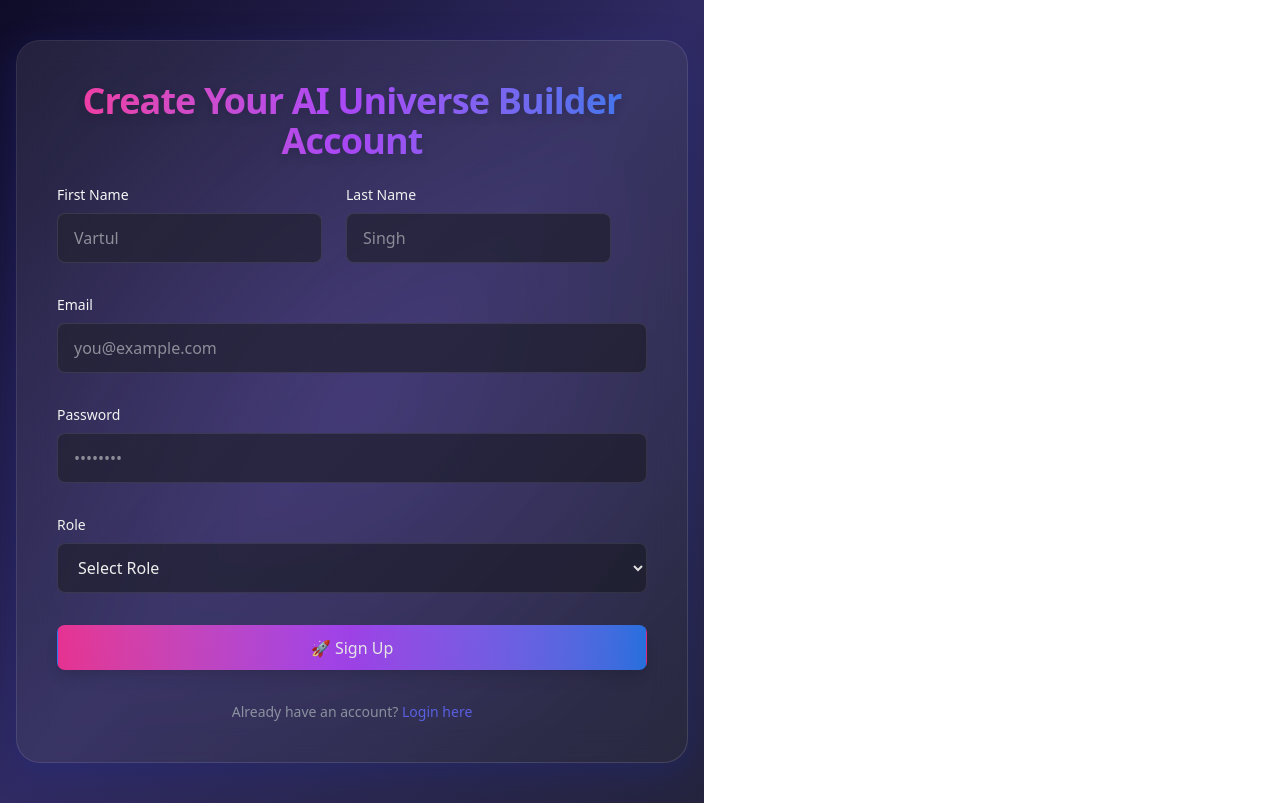
Repository: vartularora45/aiuniversebuilder
Page: /signup (app in frontend/)
An editor plug-in stored every save of this project. The page is shown before and after the next save, followed by the edit.
The browser window is 1280 px wide. The pictures show the whole page.
The project was rebuilt for these pictures with package versions that can differ from the ones it lists, and the page was loaded fresh each time. Also part of the build but not shown: frontend/vite.config.js, frontend/src/pages/LandingPage.jsx, frontend/src/pages/LoginPage.jsx.

Above is the page before, as saved 2025-08-02 21:20:15.

### frontend/index.html
<!doctype html>
<html lang="en">
  <head>
    <meta charset="UTF-8" />
    <link rel="icon" type="image/svg+xml" href="/vite.svg" />
    <meta name="viewport" content="width=device-width, initial-scale=1.0" />
    <title>Vite + React</title>
  </head>
  <body>
    <div id="root"></div>
    <script type="module" src="/src/main.jsx"></script>  <script src="https://cdn.jsdelivr.net/npm/@tailwindcss/browser@4"></script>

  </body>
</html>

### frontend/src/App.jsx
import React from 'react'
import { BrowserRouter, Routes, Route } from 'react-router-dom'
import LandingPage from './pages/LandingPage.jsx'
import LoginPage from './pages/LoginPage.jsx'
import SignupPage from './pages/SignupPage.jsx'
const App = () => {
  return (
    <BrowserRouter>
      <Routes>
        <Route path="/" element={<LandingPage />} />
        <Route path="/login" element={<LoginPage />} />
        <Route path="/signup" element={<SignupPage />} />
      </Routes>
    </BrowserRouter>
  )
}

export default App

### frontend/src/pages/SignupPage.jsx
import React from "react";
import { motion } from "framer-motion";

const container = {
  hidden: { opacity: 0, scale: 0.97 },
  visible: {
    opacity: 1,
    scale: 1,
    transition: { duration: 0.5, ease: "easeOut" }
  }
};

const inputFocus = {
  borderColor: "#8b5cf6",
  boxShadow: "0 0 8px 2px rgba(139, 92, 246, 0.6)",
  transition: { duration: 0.3 }
};

const SignUpPage = () => {
  return (
    <div className="min-h-screen w-full flex items-center justify-center bg-gradient-to-br from-[#0f0c29] via-[#302b63] to-[#24243e] px-4 py-10 relative overflow-hidden">

      {/* Animated Background Glowing Vignette */}
      <motion.div
        initial={{ opacity: 0.25, scale: 1 }}
        animate={{ opacity: [0.25, 0.5, 0.3, 0.25], scale: [1, 1.05, 1, 1] }}
        transition={{ duration: 10, repeat: Infinity, ease: "easeInOut" }}
        className="absolute inset-0 rounded-3xl pointer-events-none"
        style={{
          background:
            "radial-gradient(circle at center, rgba(139, 92, 246, 0.4), transparent 70%)"
        }}
      />

      <motion.div
        variants={container}
        initial="hidden"
        animate="visible"
        className="backdrop-blur-lg bg-white/5 border border-white/10 shadow-[0_8px_32px_0_rgba(31,38,135,0.37)] rounded-3xl p-10 w-full max-w-2xl text-white relative z-10"
      >
        {/* Heading with shimmering gradient */}
        <motion.h2
          className="text-4xl font-extrabold text-center mb-6 tracking-tight bg-gradient-to-r from-pink-500 via-purple-500 to-blue-500 text-transparent bg-clip-text drop-shadow-lg select-none"
          animate={{ backgroundPosition: ["0% 50%", "100% 50%", "0% 50%"] }}
          transition={{
            backgroundSize: "200% 200%",
            duration: 6,
            repeat: Infinity,
            ease: "linear"
          }}
        >
          Create Your AI Universe Builder Account
        </motion.h2>

        <form className="space-y-8" onSubmit={e => e.preventDefault()}>

          <div className="flex flex-col md:flex-row gap-6">
            <AnimatedInput
              label="First Name"
              type="text"
              placeholder="Vartul"
              focusColor="#a855f7"
            />
            <AnimatedInput
              label="Last Name"
              type="text"
              placeholder="Singh"
              focusColor="#a855f7"
            />
          </div>

          <AnimatedInput
            label="Email"
            type="email"
            placeholder="you@example.com"
            focusColor="#3b82f6"
          />

          <AnimatedInput
            label="Password"
            type="password"
            placeholder="••••••••"
            focusColor="#3b82f6"
          />

          <div>
            <label className="text-sm font-medium mb-2 block select-none">
              Role
            </label>
            <motion.select
              whileFocus={inputFocus}
              className="w-full bg-[#1f1f2e]/70 text-white border border-white/10 px-4 py-3 rounded-lg focus:outline-none transition"
              style={{ boxShadow: "none" }}
              defaultValue=""
            >
              <option value="" disabled>
                Select Role
              </option>
              <option value="developer">Developer</option>
              <option value="designer">Designer</option>
              <option value="researcher">Researcher</option>
              <option value="founder">Founder</option>
            </motion.select>
          </div>

          <motion.button
            type="submit"
            whileHover={{
              scale: 1.03,
              filter: "brightness(1.1)",
              boxShadow: "0 0 20px rgba(139, 92, 246, 0.8)"
            }}
            whileTap={{ scale: 0.95 }}
            className="w-full py-3 rounded-lg font-semibold text-white bg-gradient-to-r from-pink-500 via-purple-500 to-blue-500 shadow-lg transition-transform"
          >
            🚀 Sign Up
          </motion.button>
        </form>

        <p className="text-sm text-gray-400 mt-8 text-center select-none">
          Already have an account?{" "}
          <a
            href="/login"
            className="text-blue-400 hover:underline font-semibold"
          >
            Login here
          </a>
        </p>

        {/* subtle overlay for depth */}
        <motion.div
          className="absolute inset-0 rounded-3xl pointer-events-none"
          style={{
            background:
              "linear-gradient(135deg, rgba(255,255,255,0.03) 0%, rgba(0,0,0,0.15) 100%)"
          }}
        />
      </motion.div>
    </div>
  );
};

const AnimatedInput = ({ label, type, placeholder, focusColor }) => {
  return (
    <div>
      <label className="text-sm font-medium mb-2 block select-none">{label}</label>
      <motion.input
        type={type}
        placeholder={placeholder}
        whileFocus={{
          borderColor: focusColor,
          boxShadow: `0 0 8px 2px ${focusColor}aa`
        }}
        className="w-full bg-[#1f1f2e]/70 text-white border border-white/10 px-4 py-3 rounded-lg transition"
        style={{ outline: "none" }}
        required
      />
    </div>
  );
};

export default SignUpPage;

Loaded but not shown: frontend/src/main.jsx (common file); frontend/src/index.css (common file)

After the next save:
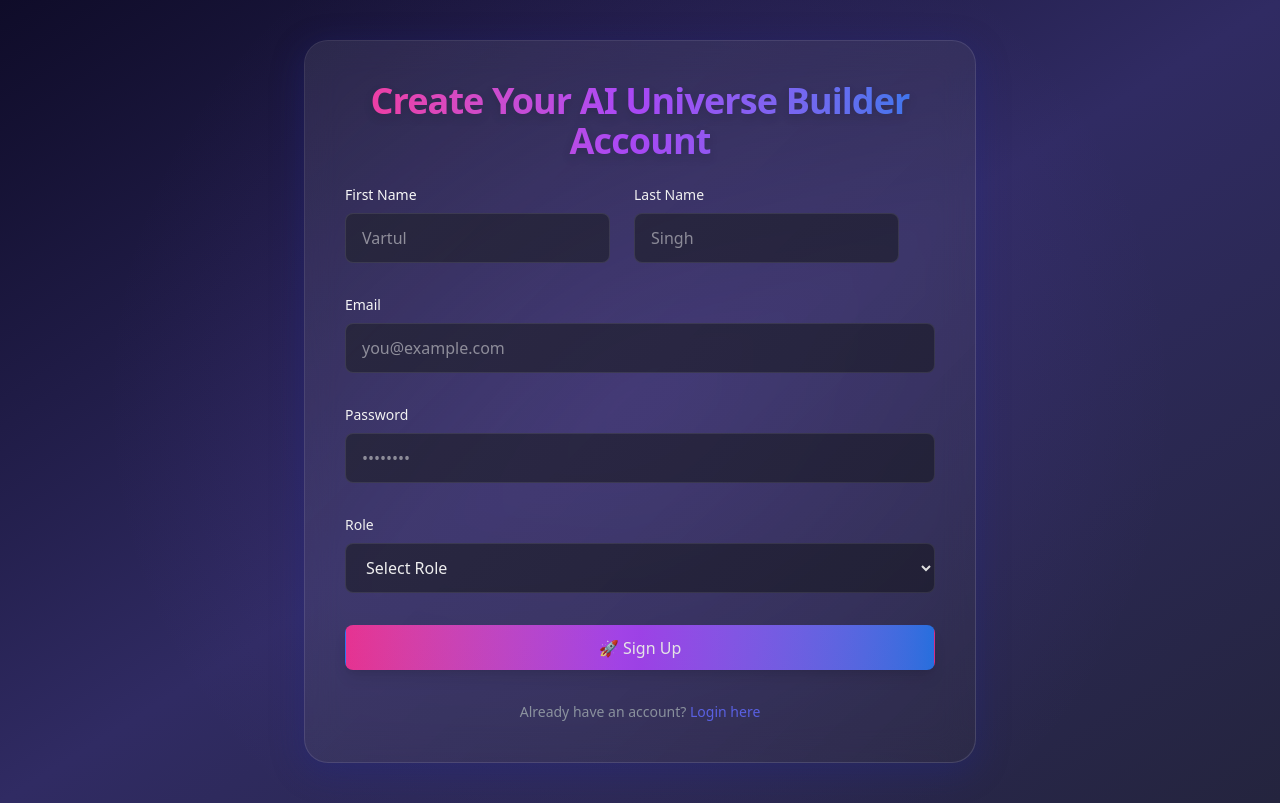
Saved 23 s later.
--- a/frontend/src/pages/SignupPage.jsx
+++ b/frontend/src/pages/SignupPage.jsx
@@ -18,7 +18,7 @@ const inputFocus = {
 
 const SignUpPage = () => {
   return (
-    <div className="min-h-screen w-full flex items-center justify-center bg-gradient-to-br from-[#0f0c29] via-[#302b63] to-[#24243e] px-4 py-10 relative overflow-hidden">
+    <div className="min-h-screen min-w-screen w-full flex items-center justify-center bg-gradient-to-br from-[#0f0c29] via-[#302b63] to-[#24243e] px-4 py-10 relative overflow-hidden">
 
       {/* Animated Background Glowing Vignette */}
       <motion.div
